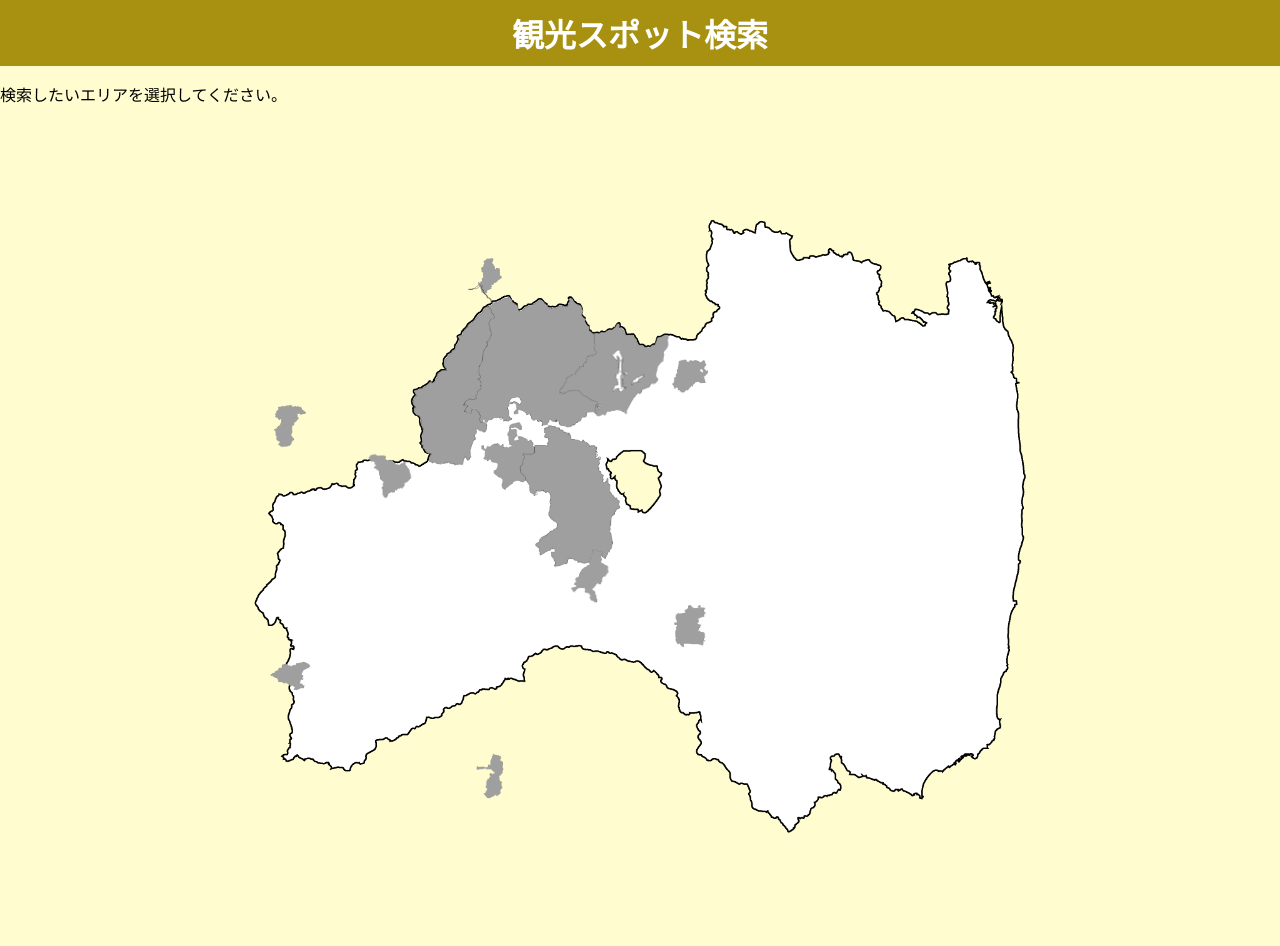
Repository: ryoutana/tanaryou.github.io
Page: Downloads/project/index.html
An editor plug-in stored every save of this project. The page is shown before and after a run of saves, followed by the edit.
The browser window is 1280 px wide. The pictures show the whole page.

Above is the page before, as saved 2025-04-29 12:53:47.

After the next 7 saves:
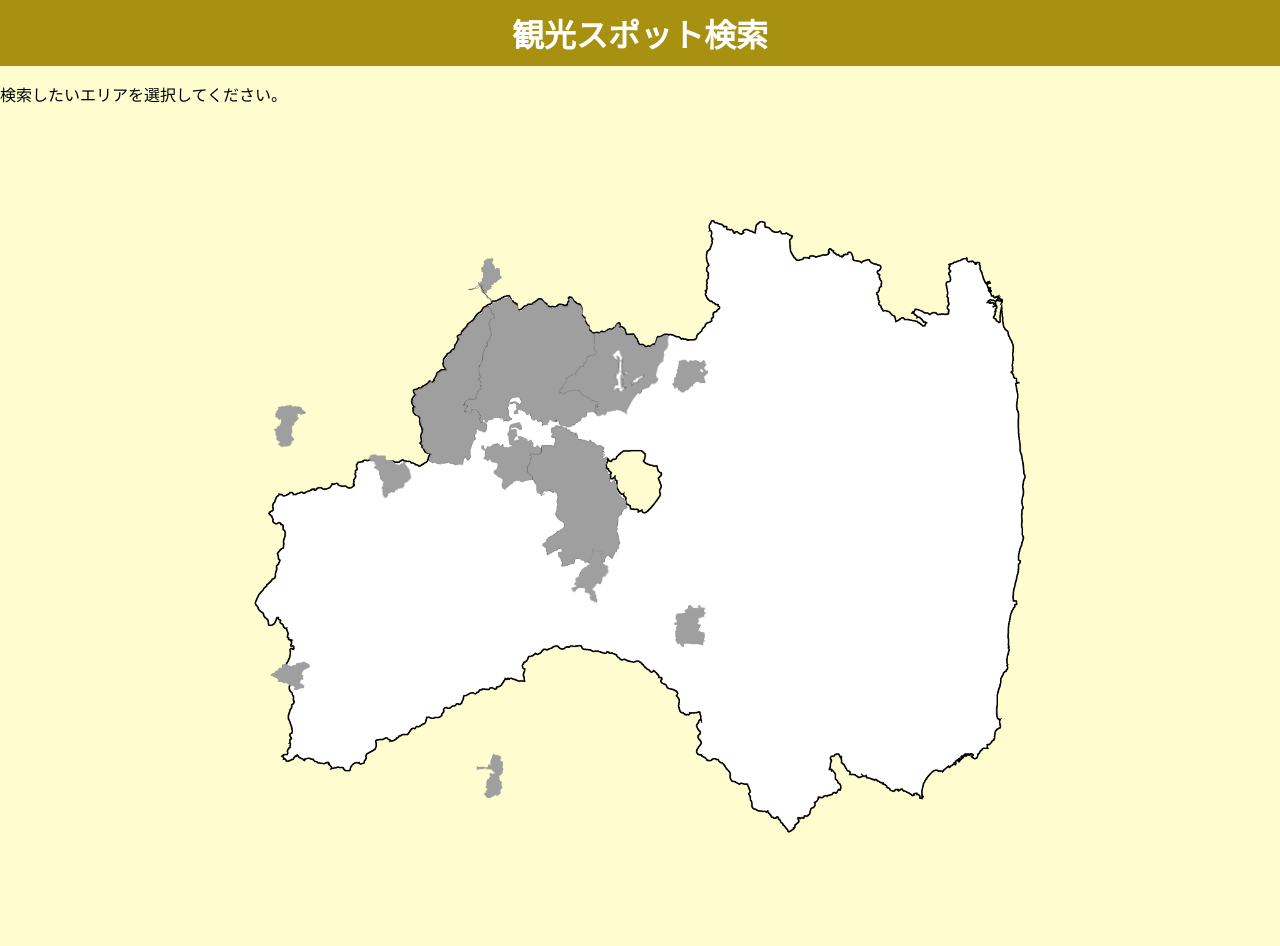
The 7 saves are shown as one change because they came seconds apart.
The last was saved 24 s later.
--- a/Downloads/project/script.js
+++ b/Downloads/project/script.js
@@ -3,7 +3,7 @@
 // スポットデータ（座標は地図画像内の相対的なピクセル位置）
 const spots = [
     { name: '会津坂下町', img: '会津坂下町(白地図).png', x: 275, y: 330, width: 80 },
-    { name: '会津若松市', img: '会津若松市(白地図).png', x: 330, y: 370, width: 160 },
+    { name: '会津若松市', img: '会津若松市(白地図).png', x: 337, y: 370, width: 160 },
     { name: '会津美里町', img: '会津美里町(白地図).png', x: 250, y: 150, width: 40 },
     { name: '喜多方市', img: '喜多方市(白地図).png', x: 291, y: 230, width: 170 },
     { name: '金山町', img: '金山町(白地図).png', x: 450, y: 250, width: 45 },
